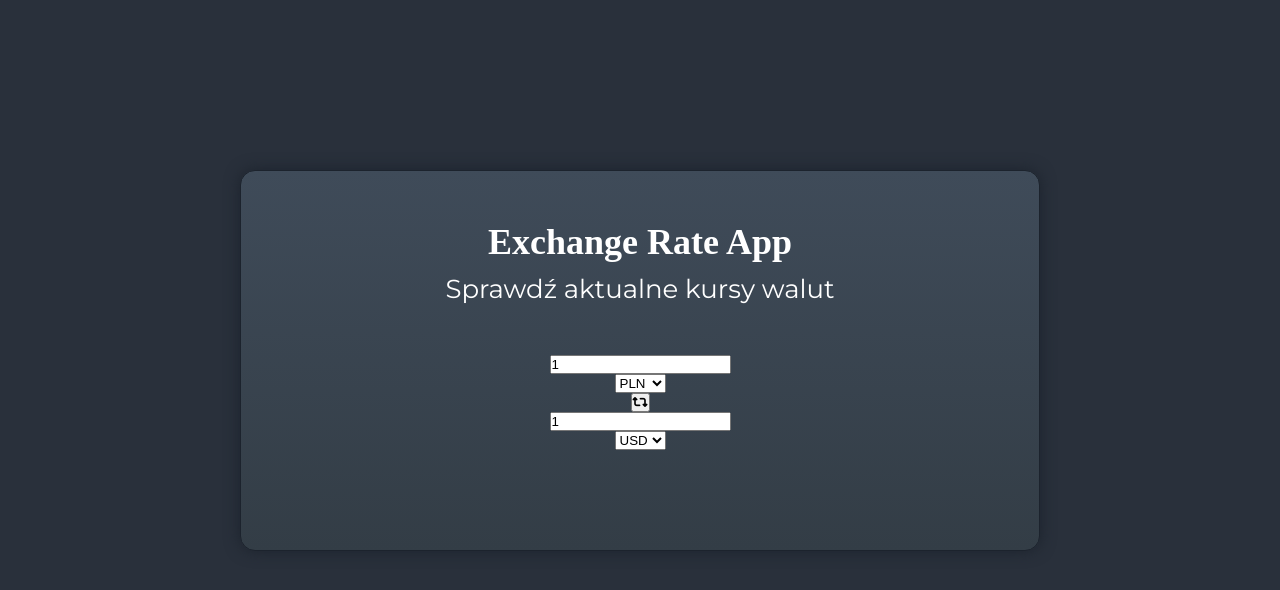
Repository: KrzysKolo/Projekt-6_Kantor
Page: index.html
The author's editor kept a copy of each file at every save. The page is drawn from the files as they stood at one save, then again after the next save.
The browser window is 1280 px wide. The pictures show the whole page.
Some web fonts or font styles are not loaded; a fallback is used. Some web libraries are served in a nearby version.

Above is the page before, as saved 2020-07-12 06:08:44.

### index.html
<!DOCTYPE html>
<html lang="en">
  <head>
    <meta charset="UTF-8" />
    <meta name="viewport" content="width=device-width, initial-scale=1.0" />
    <title>Kantor</title>
    <link
      href="https://fonts.googleapis.com/css2?family=Montserrat:wght@200;400&family=Niconne&family=Vibes&display=swap"
      rel="stylesheet"
    />
    <script
      src="https://kit.fontawesome.com/327a0d490c.js"
      crossorigin="anonymous"
    ></script>

    <link rel="stylesheet" href="./css/style.css" />
  </head>
  <body>
    <div class="wrapper">
      <h1>Exchange Rate App</h1>
      <p>Sprawdź aktualne kursy walut</p>
      <div class="app-body">
        <div class="section-left">
          <input type="number" class="amount-one" value="1" />
          <select name="currency-one">
            <option value="PLN" selected>PLN</option>
            <option value="USD">USD</option>
            <option value="GBP">GBP</option>
            <option value="EUR">EUR</option>
            <option value="CHF">CHF</option>
            <option value="JPY">JPY</option>
          </select>
        </div>
        <button class="swap">
          <i class="fas fa-retweet"></i>
        </button>
        <div class="section-right">
          <input type="number" class="amount-two" value="1" />
          <select name="currency-two">
            <option value="PLN">PLN</option>
            <option value="USD" selected>USD</option>
            <option value="GBP">GBP</option>
            <option value="EUR">EUR</option>
            <option value="CHF">CHF</option>
            <option value="JPY">JPY</option>
          </select>
        </div>
      </div>
      <p class="rate-info"></p>
    </div>
    <script src="./js/index.js"></script>
  </body>
</html>

### css/style.css
* {
  box-sizing: border-box;
  margin: 0;
  padding: 0;
}
body {
  display: flex;
  justify-content: center;
  align-items: center;
  height: 100vh;

  background-color: #29303b;
}
.wrapper {
  padding: 50px;
  width: 800px;
  background-image: linear-gradient(#3f4b59, #333d46);
  color: #fff;
  text-align: center;
  border: 1px solid #1c232d;
  border-radius: 15px;
  box-shadow: 0 0 15px #1c232d;
}
.wrapper h1 {
  margin-bottom: 10px;
  font-size: 36px;
  font-family: "Vibes", cursive;
}
.wrapper p {
  margin-bottom: 50px;
  font-size: 26px;

  font-family: "Montserrat", sans-serif;
}
.app-body {
  display: flex;
  flex-direction: column;
  align-items: center;
}
.section-left,
.section-right {
  display: flex;
  flex-direction: column;
  align-items: center;
}

Loaded but not shown: js/index.js (no copy from this time; the picture is the same without it)

After the next save:
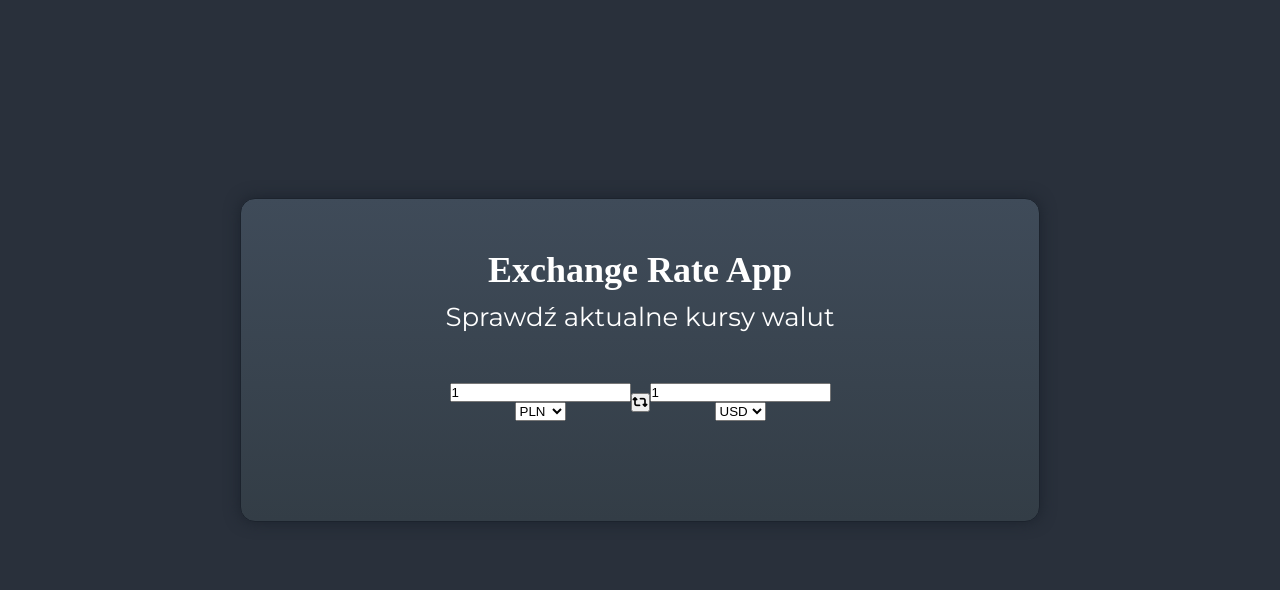
Saved 37 s later.
--- a/css/style.css
+++ b/css/style.css
@@ -34,7 +34,7 @@ body {
 }
 .app-body {
   display: flex;
-  flex-direction: column;
+  justify-content: center;
   align-items: center;
 }
 .section-left,
